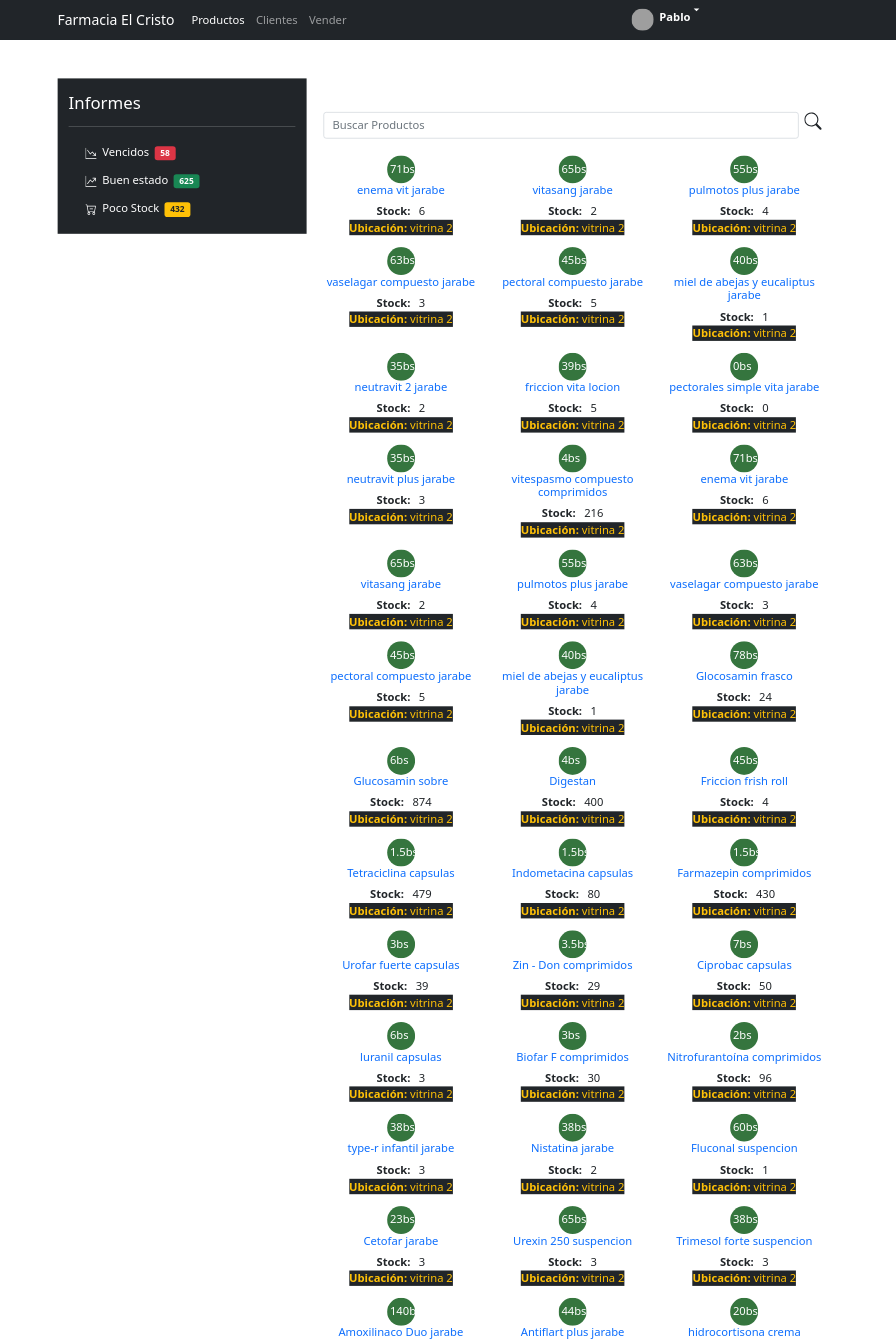
Repository: covales/farmacia
Page: /
An editor plug-in stored every save of this project. The page is shown before and after the next save, followed by the edit.
The browser window is 1280 px wide. The pictures show the part of the page from y = 0 to 1920 px (the page is 36407 px tall), at 70% of full size.
Pictures or frames that could not be fetched are drawn as grey boxes. The project was rebuilt for these pictures with package versions that can differ from the ones it lists, and the page was loaded fresh each time. Also part of the build but not shown: src/components/header/Header.jsx, src/components/product/ListProductVencidos.jsx, src/components/product/ListProductGood.jsx, src/components/product/ListProductLowStock.jsx, src/components/product/ProductSale.jsx, src/clientes/ListClient.jsx, src/components/product/Product.jsx.

Above is the page before, as saved 2022-01-23 13:18:33.

After the next save:
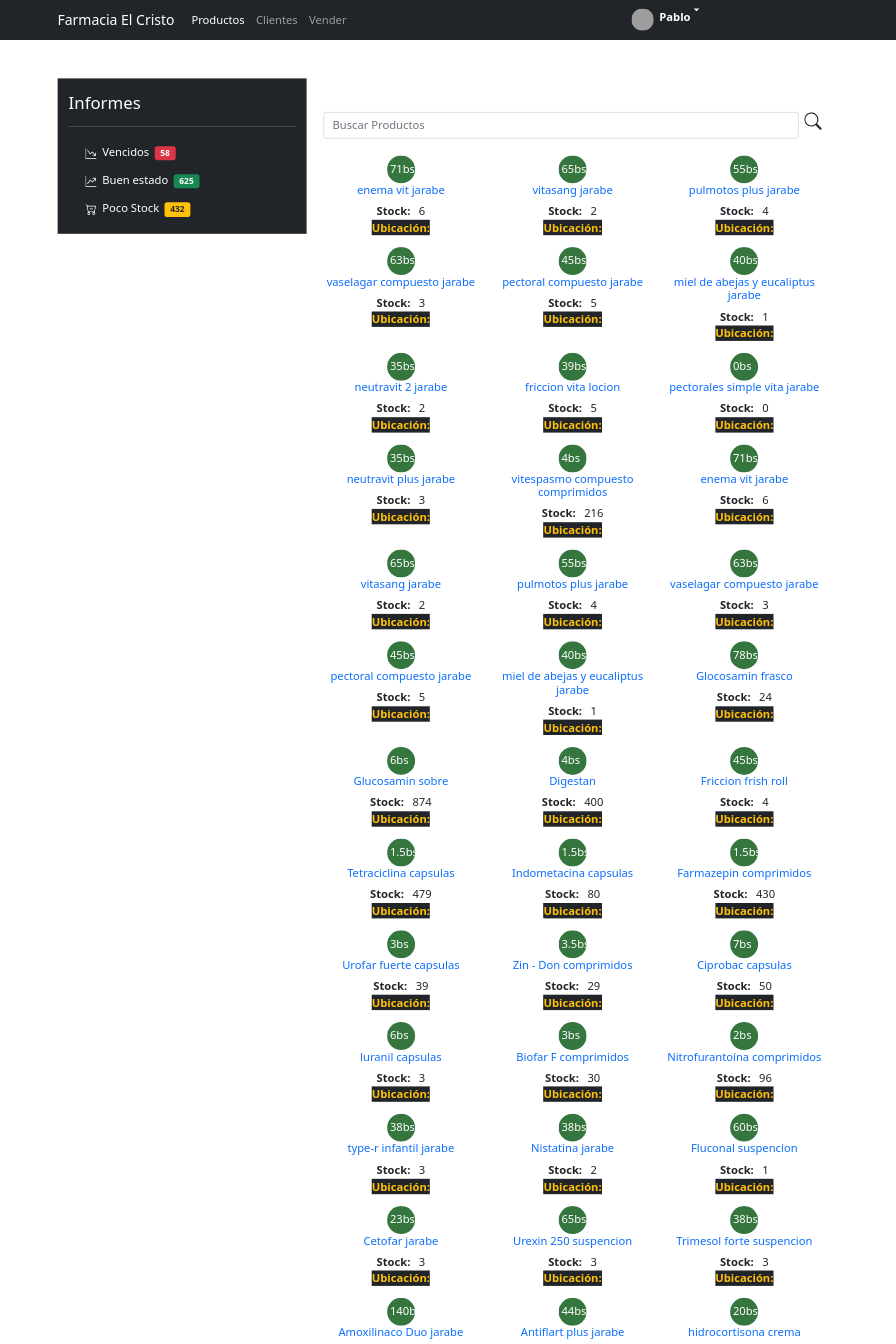
Saved 30 s later.
--- a/src/components/product/ListProduct.jsx
+++ b/src/components/product/ListProduct.jsx
@@ -64,7 +64,7 @@ const ListProduct = () => {
                             <svg className="bd-placeholder-img rounded-circle" width="40" height="40" role="img" preserveAspectRatio="xMidYMid slice" focusable="false"><rect width="100%" height="100%" fill="#35753e" /><text x="10%" y="50%" fill="#fff" dy=".3em">{producto.pVenta}bs</text></svg>
                             <h6 className='text-primary '>{producto.medicamentoPresentacion}</h6>
                             <p ><b className='me-2'>Stock:</b> {producto.cantidad}<br />
-                                <span className='text-warning bg-dark'> <b> Ubicación:</b> {producto.ubicacion}</span>
+                                <span className='text-warning bg-dark'> <b> Ubicación:</b> </span>
                             </p>
 
                         </div>
